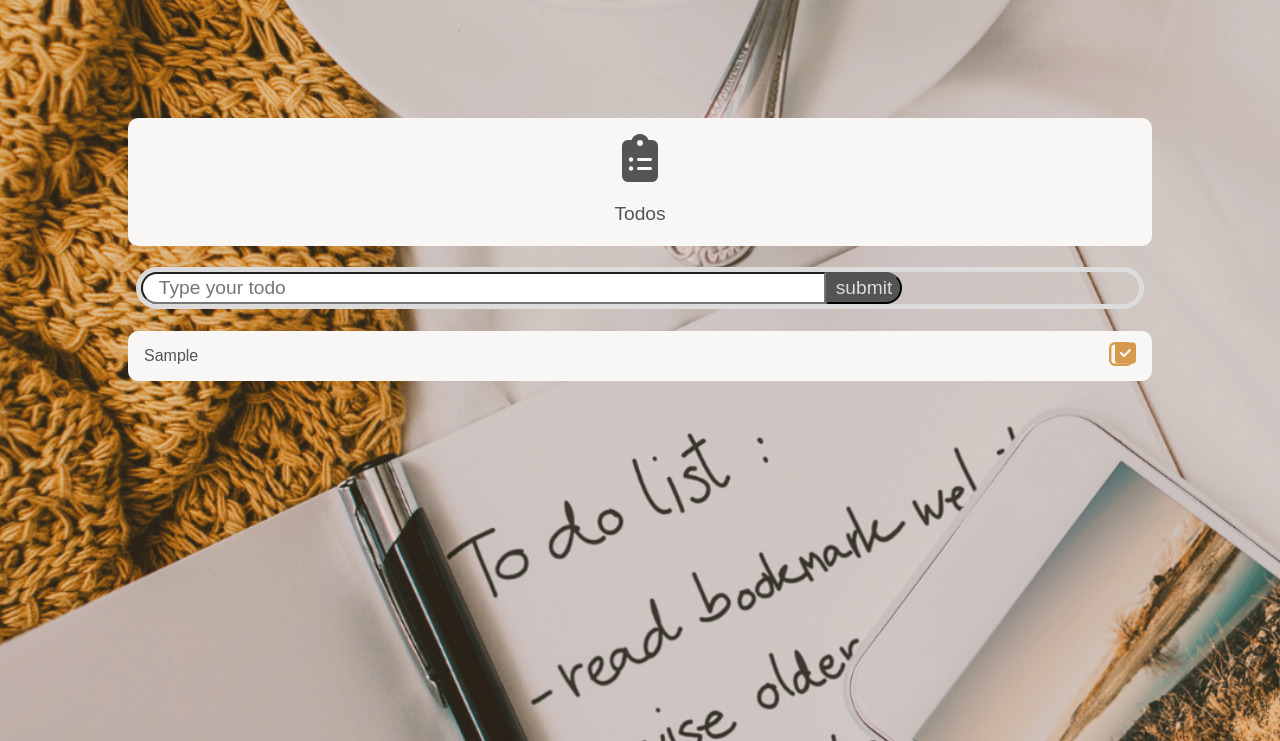
Repository: ShindanoSingi/My-Channel-Videos
Page: index.html
An editor plug-in stored every save of this project. The page is shown before and after the next save, followed by the edit.
The browser window is 1280 px wide. The pictures show the whole page.
Empty fields were first filled with sample values (such as "Sample", 5 or name@example.com).
After loading, the first visible `#submit-button` was clicked once.

Above is the page before, as saved 2023-07-18 01:21:05.

### index.html
<!DOCTYPE html>
<html lang="en">
<head>
    <link rel='stylesheet' href='https://cdnjs.cloudflare.com/ajax/libs/font-awesome/4.7.0/css/font-awesome.min.css'>
    <meta charset="UTF-8">
    <meta name="viewport" content="width=device-width, initial-scale=1.0">
    <link rel="stylesheet" href="https://cdnjs.cloudflare.com/ajax/libs/font-awesome/6.2.0/css/all.min.css" integrity="sha512-xh6O/CkQoPOWDdYTDqeRdPCVd1SpvCA9XXcUnZS2FmJNp1coAFzvtCN9BmamE+4aHK8yyUHUSCcJHgXloTyT2A==" crossorigin="anonymous" referrerpolicy="no-referrer" />
    <Link rel="stylesheet" href="style.css">
    <title>Todo App</title>
</head>
<body>
    <div class="container">
        <div class="top-div">
            <i class="todo-icon fa-solid fa-clipboard-list"></i>
            <span>Todos</span>
        </div>

        <div class="input-button-container">
            <input class="input-field" id="input-field" type="text" placeholder="Type your todo">
            <input type="submit" value="submit" class="submit-button" id="submit-button">
        </div>
        <div class="div-checkbox-containers-parent" id="div-checkbox-containers-parent">
            </div>
        </div>
    </div>
    <script src="index.js"></script>
</body>
</html>

### style.css
:root{
    --gray-color: #545454;
    --background-color: #F8F7F6;
    --general-font: 1.2rem;
    --light-blue:#1E90FF;
    --light-gray:#DCDCDC;
    --border-radius: 10px;
    --input-border-radius: 50px;
    --padding-x: 0.5rem;
    --padding-y: 0.2rem;
    --screen: 100vw;
    --orange: #D59A4C;
}

body{
    color: var(--gray-color);
    font-family: 'Montserrat', sans-serif;
    font-size: var(--general-font);
    background-image: url(images/Background.png);
    background-size: cover;
    background-repeat: no-repeat;
    background-position: center;
    width: fit-content;
    box-sizing: 0;
    margin: 0;
    padding: 0;
}

.todo-icon{
    font-size: 3rem;
}

.top-div{
    width: 80%;
    background: var(--background-color);
    display: grid;
    justify-items: center;
    height: 6rem;
    gap: 1rem;
    border-radius: var(--border-radius);
    padding: 1rem 0;
    margin-bottom: 1.3rem;
    margin-top: -17rem;
}

/* Input field */
input, .submit-button{
    font-size: var(--general-font);
}

.input-field{
    width: 65%;
    display: inline-block;
    border-radius: var(--input-border-radius) 0 0 var(--input-border-radius);
    padding: 0.2rem 1rem;
}

.check-mark{
    /* z-index: 1; */
}

input:focus{
    outline: none;
    background-color: var(--light-gray);
}

.submit-button{
    color: var(--light-gray);
    padding: 0 0.4rem;
    display: inline-block;
    background-color: var(--gray-color);

    color: var(--light-gray);
    border-radius: 0 var(--input-border-radius) var(--input-border-radius) 0;
    padding: var(--padding-y) var(--padding-x);
}

.submit-button:hover{
    background-color: var(--orange);
}

.input-button-container{
    width: 78%;
    display: flex;
    align-items: center;
    border: 5px solid var(--light-gray);
    border-radius: var(--input-border-radius) var(--input-border-radius);
    margin-top: 2rem;
    margin: 0 auto;
    margin-bottom: 1.3rem;
    /* display: none; */
}

div.text{
    font-size: 1rem;
    width: 70%;
    overflow: scroll;
    padding: 1rem;
}

.checkbox{
    height: 1rem;
    width: 1rem;
    border: 2px solid var(--orange);
    border-radius: 5px;
    transform: scale(1.2);
}

.check-mark{
    font-size: x-large;
    transform: scale(1.6);
    color: var(--orange);
    transform: translate(-1rem, -0.2rem);
}

.checkbox-icon{
    display: flex;
}

.div-checkbox-container{
    width: 100%;
    height: auto;
    display: flex;
    justify-content: space-between;
    align-items: center;
    background-color: var(--background-color);
    border-radius: var(--border-radius);
}

.div-checkbox-containers-parent{
    display: flex;
    flex-direction: column;
    align-items: center;
    gap: 1.5rem;
    padding: 0 2rem;
    width: 80%;
    max-height: 55vh;
    overflow-y: scroll;
    position: absolute;
    top: 46%;
}

.container{
    height: 100vh;
    width: 100vw;
    display: flex;
    flex-direction: column;
    align-items: center;
    justify-content: center;
    padding-bottom: 1.3rem;
}

### index.js
let button = document.getElementById("submit-button");
button.addEventListener("click", function () {

    let newDiv1 = document.getElementById("div-checkbox-containers-parent");

    let inputValue = document.getElementById("input-field");

    let newDiv2 = document.createElement("div");
    newDiv2.setAttribute('class', "div-checkbox-container");
    newDiv2.setAttribute("id", "div-checkbox-container");

    let newDiv3 = document.createElement("div");
    newDiv3.setAttribute("class", "text");
    newDiv3.setAttribute("id", "text");
    newDiv3.textContent = inputValue.value;

    let newDiv4 = document.createElement("div");
    newDiv4.setAttribute("class", "checkbox-icon");
    newDiv4.setAttribute("id", "checkbox-icon");

    let input = document.createElement("div");
    input.setAttribute("class", "checkbox");
    input.setAttribute("id", "checkbox");

    let i = document.createElement("i");
    i.setAttribute("class", 'check-mark fa fa-check-square-o');
    i.setAttribute('id','check-mark');

    newDiv4.appendChild(input);
    newDiv4.appendChild(i);

    newDiv2.appendChild(newDiv3);
    newDiv2.appendChild(newDiv4);

    console.log(newDiv1)
    if (!inputValue.value) {
        alert("Please enter the text!")
        return
    }

    newDiv1.appendChild(newDiv2);

    newDiv1.scrollTop = newDiv1.scrollHeight;

    inputValue.value = ''
});

// const showCheckMark = () => {
//     let checkMark = document.getElementById('check-mark');
//     checkMark.style.zIndex = 1;
//     console.log("Lol")
// }

// let checkBoxIcon = document.getElementById('checkbox-icon');
// checkBoxIcon.addEventListener('click', (event) => {
//     showCheckMark()
// })

After the next save:
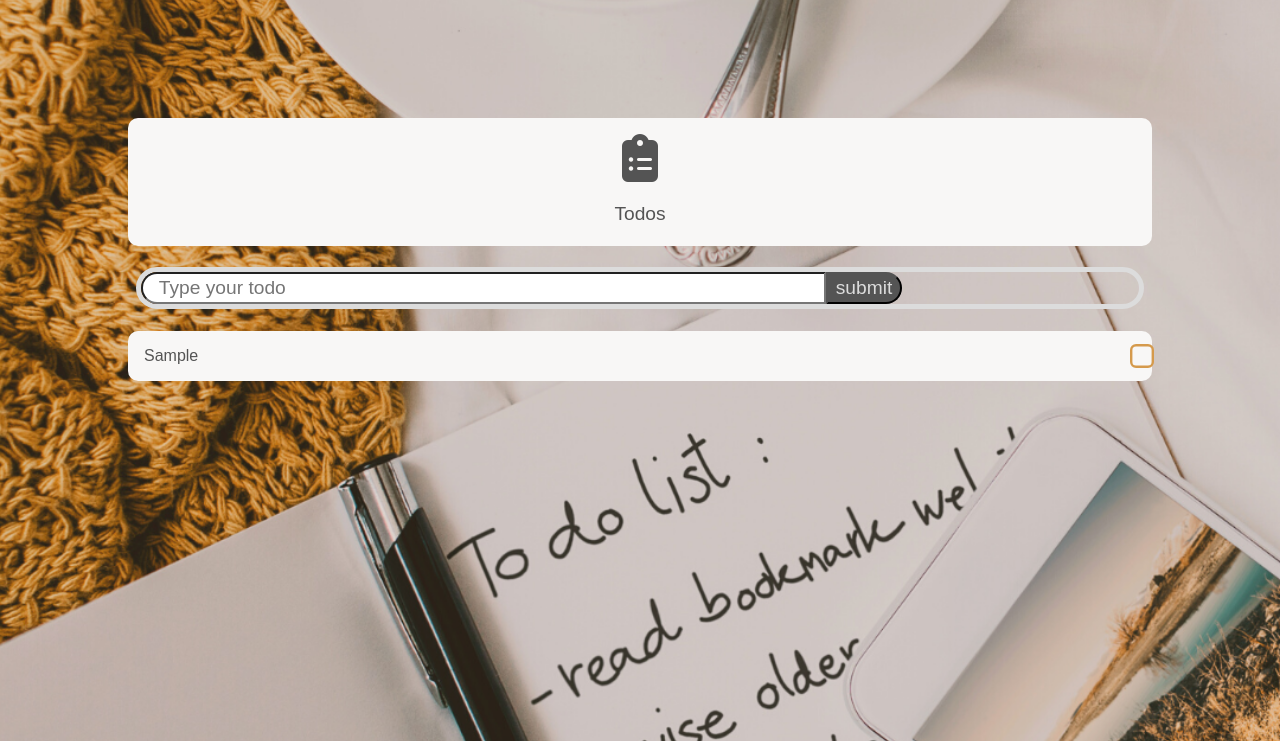
Saved 53 s later.
--- a/index.js
+++ b/index.js
@@ -23,7 +23,7 @@ button.addEventListener("click", function () {
     input.setAttribute("id", "checkbox");
 
     let i = document.createElement("i");
-    i.setAttribute("class", 'check-mark fa fa-check-square-o');
+    i.setAttribute("class", 'check-mark fa fa Check');
     i.setAttribute('id','check-mark');
 
     newDiv4.appendChild(input);
